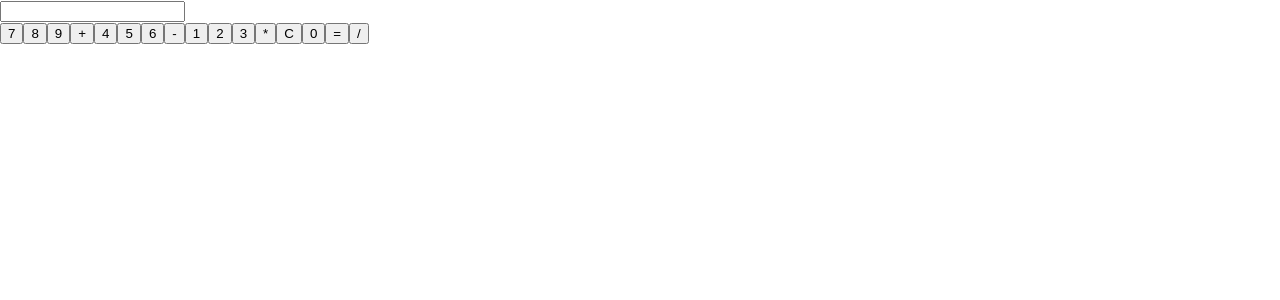
Repository: rajratangm/xcalculator
Page: /
The author's editor kept a copy of each file at every save. The page is drawn from the files as they stood at one save, then again after a run of saves.
The browser window is 1280 px wide. The pictures show the whole page.
The project was rebuilt for these pictures with package versions that can differ from the ones it lists, and the page was loaded fresh each time. Also part of the build but not shown: vite.config.js.

Above is the page before, as saved 2024-04-03 11:02:06.

### src/App.js
import logo from './logo.svg';
import './App.css';
import { useState } from 'react';

function App() {
  const [result, setResult]= useState('')
  return (
    <>
    <div className='container'>
      <form>
        <input type='text' value={result}/>
      </form>
      <div className='keypad'>
        <button>7</button>
        <button>8</button>
        <button>9</button>
        <button>+</button>

        <button>4</button>
        <button>5</button>
        <button>6</button>
        <button>-</button>

        <button>1</button>
        <button>2</button>
        <button>3</button>
        <button>*</button>

        <button>C</button>
        <button>0</button>
        <button>=</button>
        <button>/</button>

      </div>
    </div>

    </>
  );
}

export default App;

### src/App.css
.{
  font-family: 'Robot', 'sans-serif';

}

Loaded but not shown: public/index.html (common file); src/index.js (common file); src/index.css (common file); src/reportWebVitals.js (common file)

After the next 3 saves:
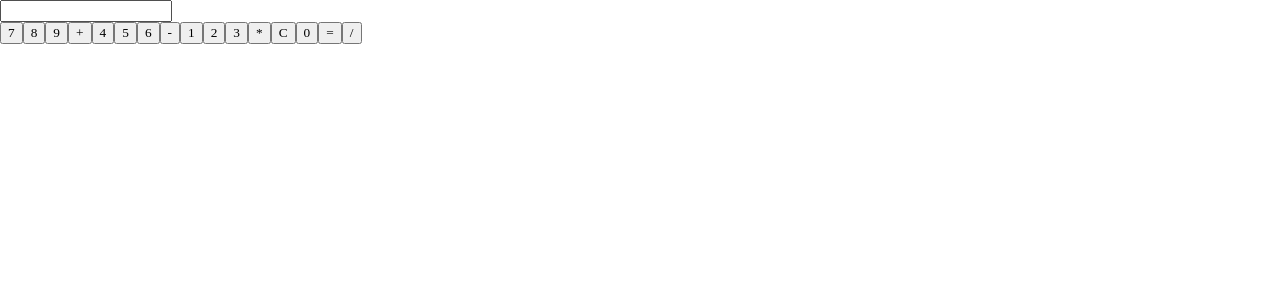
The 3 saves are shown as one change because they came seconds apart.
The last was saved 9 s later.
--- a/src/App.css
+++ b/src/App.css
@@ -1,4 +1,5 @@
-.{
+*{
   font-family: 'Robot', 'sans-serif';
 
+
 }
